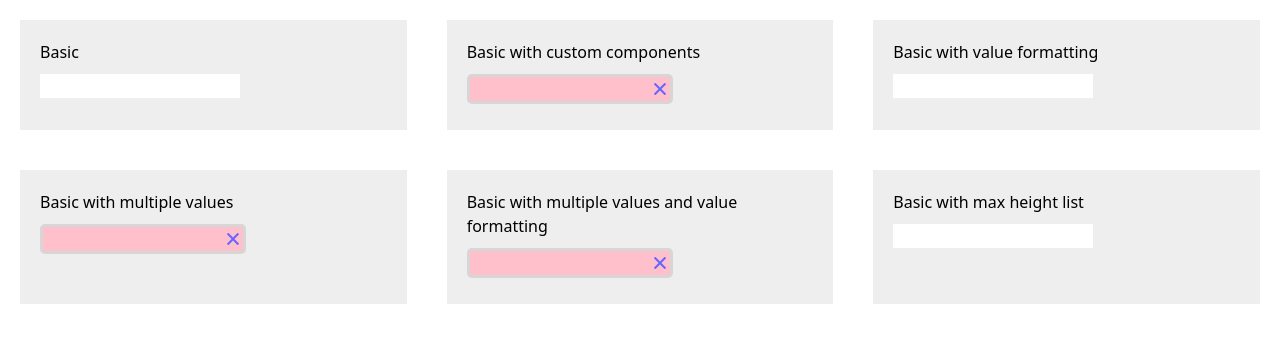
Repository: Frexity/frx-react
Page: / (app in ui/react-select/)
These files come from the project's save history. The page is drawn as it stood at one moment and after the next save; the edit follows.
The browser window is 1280 px wide. The pictures show the whole page.
Some web libraries are served in a nearby version. The project was rebuilt for these pictures with package versions that can differ from the ones it lists, and the page was loaded fresh each time. Also part of the build but not shown: ui/react-select/vite.config.ts, ui/react-select/src/CustomSelectComponents/ListLoadingIndicator.tsx, ui/react-select/src/dummy-components/ControlLoadingIndicator.tsx, ui/react-select/src/dummy-components/ListLoadingIndicator.tsx.

Above is the page before, as saved 2022-08-21 01:27:17.

### ui/react-select/index.html
<!DOCTYPE html>
<html lang="en">
  <head>
    <meta charset="UTF-8" />
    <link rel="icon" type="image/svg+xml" href="/vite.svg" />
    <meta name="viewport" content="width=device-width, initial-scale=1.0" />
    <title>React Select</title>
    <script src="https://cdn.tailwindcss.com/3.1.8"></script>
  </head>
  <body>
    <div id="root"></div>
    <script type="module" src="/src/main.tsx"></script>
  </body>
</html>

### ui/react-select/src/App.tsx
import './styles.css'

import { ClearIndicator } from './CustomSelectComponents/ClearIndicator'
import { Control } from './CustomSelectComponents/Control'
import { ListLoadingIndicator } from './CustomSelectComponents/ListLoadingIndicator'
import { Option } from './CustomSelectComponents/Option'
import { dummyComponents } from './dummy-components'
import { Select } from './Select'
import { ValueContainer } from './CustomSelectComponents/ValueContainer'
// import { AsyncSelect } from './Select/Async'

const options = [
  { label: 'Option 1', value: '1' },
  { label: 'Option 2', value: '2' },
  { label: 'Option 3', value: '3' },
  { label: 'Option 4', value: '4' },
  { label: 'Option 5', value: '5' },
  { label: 'Option 6', value: '6' },
  { label: 'Option 7', value: '7' },
  { label: 'Option 8', value: '8' },
  { label: 'Option 9', value: '9' },
  { label: 'Option 10', value: '10' },
]

const customComponents = {
  Option,
  Control,
  ClearIndicator,
  ListLoadingIndicator,
  ValueContainer,
}

export default function App() {
  return (
    <div className="cards">
      <div className="card">
        <h3>Basic</h3>
        <Select options={options} components={dummyComponents} />
      </div>
      <div className="card">
        <h3>Basic with custom components</h3>
        <Select options={options} components={customComponents} />
      </div>
      <div className="card">
        <h3>Basic with value formatting</h3>
        <Select
          options={options}
          components={dummyComponents}
          selectedValueFormatter={(value) => {
            return value ? `This is value: ${value}` : null
          }}
        />
      </div>
      <div className="card">
        <h3>Basic with multiple values</h3>
        <Select options={options} components={customComponents} canSelectMultipleValues />
      </div>
      <div className="card">
        <h3>Basic with multiple values and value formatting</h3>
        <Select
          options={options}
          components={customComponents}
          canSelectMultipleValues
          selectedValueFormatter={(value) => {
            return value ? `This is value: ${value}` : null
          }}
        />
      </div>
      {/* <div className="card">
        <h3>TODO: Basic with initial value</h3>
        <Select options={options} components={customComponents} canSelectMultipleValues />
      </div> */}
      <div className="card">
        <h3>Basic with max height list</h3>
        <Select
          options={options}
          components={dummyComponents}
          optionsListProps={{
            maxHeight: 150,
          }}
        />
      </div>
      {/* <div className="card">
        <h3>Async</h3>
        <AsyncSelect
          options={options}
          components={dummyComponents}
          asyncOptions={{
            url: 'https://jsonplaceholder.typicode.com/albums',
            startPage: 0,
            perPage: 4,
            queryAttribute: 'page',
            labelAttribute: 'title',
            valueAttribute: 'id',
            loadOnMount: true,
          }}
        />
      </div> */}
      {/* <div className="card">
        <h3>TODO: Async with initial value</h3>
        <AsyncSelect
          options={options}
          components={dummyComponents}
          asyncOptions={{
            url: 'https://jsonplaceholder.typicode.com/albums',
            startPage: 0,
            perPage: 4,
            queryAttribute: 'page',
            labelAttribute: 'title',
            valueAttribute: 'id',
            loadOnMount: true,
          }}
        />
      </div> */}
    </div>
  )
}

### ui/react-select/src/styles.css
.dropdown {
  position: fixed;
  border: 1px solid red;
  display: none;
  z-index: 1;
  background: white;
}

input:focus + .dropdown {
  display: block;
}

.card {
  margin: 20px;
  padding: 20px;
  background-color: #eee;
  overflow: hidden;
  overflow-y: scroll;
}

h3 {
  margin-bottom: 10px;
}

.cards {
  display: grid;
  grid-template-columns: repeat(auto-fill, minmax(400px, 1fr));
}

### ui/react-select/src/CustomSelectComponents/ClearIndicator.tsx
import { memo } from 'react'
import { ClearIndicatorComponentProps } from '../Select/types'

export const ClearIndicator = memo(({ clearIndicatorContainerStyles, onClick }: ClearIndicatorComponentProps) => {
  return (
    <div style={clearIndicatorContainerStyles} onClick={onClick}>
      <svg viewBox="0 0 460.775 460.775" style={{ width: 12, height: 12 }}>
        <path
          fill="#66f"
          d="M285.08,230.397L456.218,59.27c6.076-6.077,6.076-15.911,0-21.986L423.511,4.565c-2.913-2.911-6.866-4.55-10.992-4.55  c-4.127,0-8.08,1.639-10.993,4.55l-171.138,171.14L59.25,4.565c-2.913-2.911-6.866-4.55-10.993-4.55  c-4.126,0-8.08,1.639-10.992,4.55L4.558,37.284c-6.077,6.075-6.077,15.909,0,21.986l171.138,171.128L4.575,401.505  c-6.074,6.077-6.074,15.911,0,21.986l32.709,32.719c2.911,2.911,6.865,4.55,10.992,4.55c4.127,0,8.08-1.639,10.994-4.55  l171.117-171.12l171.118,171.12c2.913,2.911,6.866,4.55,10.993,4.55c4.128,0,8.081-1.639,10.992-4.55l32.709-32.719  c6.074-6.075,6.074-15.909,0-21.986L285.08,230.397z"
        />
      </svg>
    </div>
  )
})

### ui/react-select/src/CustomSelectComponents/Control.tsx
import { ControlComponentProps } from '../Select/types'

export const Control = ({ controlStyles, children }: ControlComponentProps) => {
  return (
    <div
      style={{
        ...controlStyles,
        borderRadius: 5,
        padding: 3,
        backgroundColor: '#d6d6d6',
      }}
    >
      {children}
    </div>
  )
}

### ui/react-select/src/CustomSelectComponents/Option.tsx
import { memo } from 'react'
import { OptionComponentProps } from '../Select/types'

export const Option = memo(({ isSelected, label, onSelect }: OptionComponentProps) => {


  return (
    <li className="text-gray-900 cursor-pointer py-2 pl-3 pr-9 hover:bg-sky-300" onClick={onSelect}>
      <div className="flex items-center">
        <img
          src="https://images.unsplash.com/photo-1491528323818-fdd1faba62cc?ixlib=rb-1.2.1&ixid=eyJhcHBfaWQiOjEyMDd9&auto=format&fit=facearea&facepad=2&w=256&h=256&q=80"
          alt=""
          className="flex-shrink-0 h-6 w-6 rounded-full"
        />
        <span className={`${isSelected ? 'font-bold text-blue-700' : 'font-normal'} ml-3 block truncate`}>{label}</span>
      </div>
    </li>
  )
})

### ui/react-select/src/dummy-components/index.ts
import { Control } from './Control'
import { ClearIndicator } from './ClearIndicator'
import { ControlLoadingIndicator } from './ControlLoadingIndicator'
import { ListLoadingIndicator } from './ListLoadingIndicator'
import { Option } from './Option'
import { ValueContainer } from './ValueContainer'

export const dummyComponents = {
  Control,
  ClearIndicator,
  ControlLoadingIndicator,
  ListLoadingIndicator,
  Option,
  ValueContainer,
}

### ui/react-select/src/Select/index.tsx
import { InnerSelect } from './common'
import { SelectProvider } from './Context'
import { OutsideClickHandler } from './OutsideClickHandler'
import { SelectProps } from './types'

export const Select = ({
  selectedValueFormatter,
  options,
  components,
  optionsListProps,
  canSelectMultipleValues,
}: Omit<SelectProps, 'asyncOptions' | 'AsyncHandler'>) => {
  // const [o, setO] = useState(options);

  // Test setting options from outside the context/component
  /*
  useEffect(() => {
    setTimeout(() => {
      setO([{ label: "New", value: "x" }]);
    }, 2000);
  }, []);
  console.log({ o });
  */

  return (
    <SelectProvider value={{ options }}>
      <OutsideClickHandler>
        <InnerSelect
          selectedValueFormatter={selectedValueFormatter}
          components={components}
          optionsListProps={optionsListProps}
          canSelectMultipleValues={canSelectMultipleValues}
        />
      </OutsideClickHandler>
    </SelectProvider>
  )
}

### ui/react-select/src/CustomSelectComponents/ValueContainer.tsx
import { memo } from 'react'
import { ValueContainerComponentProps } from '../Select/types'

export const ValueContainer = memo(({ children }: ValueContainerComponentProps) => {
  return <div style={{ width: 200, backgroundColor: 'pink', minHeight: 24, padding: '5px 10px' }}>{children}</div>
})

### ui/react-select/src/dummy-components/Control.tsx
import { ControlComponentProps } from '../Select/types'

export const Control = ({ controlStyles, children }: ControlComponentProps) => {
  return <div style={controlStyles}>{children}</div>
}

### ui/react-select/src/dummy-components/ClearIndicator.tsx
import { memo } from 'react'
import { ClearIndicatorComponentProps } from '../Select/types'

export const ClearIndicator = memo(
  ({ clearIndicatorContainerStyles, onClick, selectedValues }: ClearIndicatorComponentProps) => {
    return (
      <div
        style={{ ...clearIndicatorContainerStyles, ...{ display: selectedValues ? 'initial' : 'none' } }}
        onClick={onClick}
      >
        X
      </div>
    )
  },
)

### ui/react-select/src/dummy-components/Option.tsx
import { memo } from 'react'
import { OptionComponentProps } from '../Select/types'

export const Option = memo(({ isSelected, label, onSelect }: OptionComponentProps) => {
  return (
    <div style={{ fontWeight: isSelected ? 'bold' : 'normal' }} onClick={onSelect}>
      {label}
    </div>
  )
})

### ui/react-select/src/dummy-components/ValueContainer.tsx
import { memo } from 'react'
import { ValueContainerComponentProps } from '../Select/types'

export const ValueContainer = memo(({ children }: ValueContainerComponentProps) => {
  return <div style={{ width: 200, backgroundColor: '#fff', minHeight: 24 }}>{children}</div>
})

### ui/react-select/src/Select/common.tsx
import { useContext } from 'react'
import { ClearIndicator } from './ClearIndicator'
import { SelectContext } from './Context'
import { Options } from './Options'
import { OptionsDropdown } from './OptionsDropdown'
import { OptionsList } from './OptionsList'
import { selectStyles } from './styles'
import { SelectProps } from './types'
import { ValueContainer } from './ValueContainer'

export const InnerSelect = ({
  selectedValueFormatter,
  components,
  optionsListProps,
  asyncOptions,
  AsyncHandler,
  canSelectMultipleValues,
}: Omit<SelectProps, 'options'>) => {
  const { state } = useContext<any>(SelectContext)

  return (
    <>
      <components.Control controlStyles={selectStyles.control}>
        <ValueContainer
          selectedValueFormatter={selectedValueFormatter}
          ValueContainerComponent={components.ValueContainer}
        />
        {components.ClearIndicator && <ClearIndicator ClearIndicatorComponent={components.ClearIndicator} />}
        {components.ControlLoadingIndicator && <components.ControlLoadingIndicator isVisible={state.isLoading} />}
      </components.Control>
      <OptionsDropdown>
        {components.ListLoadingIndicator && (
          <components.ListLoadingIndicator isVisible={state.isOpen && state.isLoading} />
        )}
        <OptionsList optionsListProps={optionsListProps} isAsync={!!asyncOptions}>
          <Options OptionComponent={components.Option} canSelectMultipleValues={canSelectMultipleValues} />
        </OptionsList>
      </OptionsDropdown>
      {AsyncHandler && <AsyncHandler asyncOptions={asyncOptions} />}
    </>
  )
}

### ui/react-select/src/Select/Context.tsx
import React, { useReducer, createContext, useId, useEffect, PropsWithChildren } from 'react'

function reducer(state: any, action: any) {
  return { ...state, ...action }
}

const SelectContext = createContext({}) as any

const SelectProvider = ({ children, value }: PropsWithChildren<{ value: any }>) => {
  const inputElementId = useId()
  const listElementId = useId()
  const dropdownElementId = useId()

  const initialState = {
    isOpen: false,
    hasReachedBottom: false,
    isLoading: false,
    inputElementId,
    dropdownElementId,
    listElementId,
    options: value.options,
    selectedValues: null,
  }
  const [state, dispatch] = useReducer(reducer, initialState)
  const store = React.useMemo(() => ({ state, dispatch }), [state])

  /*
  TODO:
  - Get scroll ref, to scrollToTop when it opens
  */

  // Update options when they come from the outside
  useEffect(() => {
    dispatch({ options: value.options })
  }, [value.options])

  return <SelectContext.Provider value={store}>{children}</SelectContext.Provider>
}

export { SelectContext, SelectProvider }

### ui/react-select/src/Select/OutsideClickHandler.tsx
import { memo, ReactNode, useContext, useEffect, useRef } from 'react'
import { SelectContext } from './Context'

interface OutsideClickHandlerProps {
  children: ReactNode
}

const useOutsideClick = (callback: any) => {
  const ref = useRef<any>()

  useEffect(() => {
    const handleClick = (event: MouseEvent) => {
      if (ref.current && !ref.current.contains(event.target)) {
        callback()
      }
    }

    document.addEventListener('mousedown', handleClick, true)

    return () => {
      document.removeEventListener('mousedown', handleClick, true)
    }
  }, [ref, callback])

  return ref
}

export const OutsideClickHandler = memo(({ children }: OutsideClickHandlerProps) => {
  const { dispatch } = useContext<any>(SelectContext)

  const ref = useOutsideClick(() => {
    dispatch({ isOpen: false })
  })

  return <span ref={ref}>{children}</span>
})

### ui/react-select/src/Select/ClearIndicator.tsx
import { ComponentType, useCallback, useContext } from 'react'
import { SelectContext } from './Context'

import { selectStyles } from './styles'
import { ClearIndicatorComponentProps } from './types'

interface ClearIndicatorProps {
  ClearIndicatorComponent: ComponentType<ClearIndicatorComponentProps>
}

export const ClearIndicator = ({ ClearIndicatorComponent }: ClearIndicatorProps) => {
  const { state, dispatch } = useContext<any>(SelectContext)

  const handleClick = useCallback(() => {
    dispatch({ selectedValues: null })
  }, [dispatch])

  return (
    <ClearIndicatorComponent
      onClick={handleClick}
      selectedValues={state.selectedValues}
      clearIndicatorContainerStyles={selectStyles.clearIndicator}
    />
  )
}

### ui/react-select/src/Select/Options.tsx
import { memo, useCallback, useContext } from 'react'
import { SelectContext } from './Context'
import { OptionType, SelectComponents } from './types'
import { toggleValue } from './utils'

interface InnerOptionsProps {
  OptionComponent: any
  onSelect: any
  options: any
  selectedValues: any
}

const InnerOptions = memo(({ selectedValues, options, onSelect, OptionComponent }: InnerOptionsProps) => {
  return (
    <>
      {options.map((option: OptionType) => {
        const isSelected = Array.isArray(selectedValues)
          ? selectedValues.includes(option.value)
          : selectedValues === option.value

        return (
          <OptionComponent
            key={option.value}
            label={option.label}
            value={option.value}
            isSelected={isSelected}
            onSelect={() => {
              onSelect(option.value)
            }}
          />
        )
      })}
    </>
  )
})

interface OptionsProps {
  OptionComponent: SelectComponents['Option']
  canSelectMultipleValues: boolean | undefined
}

export const Options = ({ OptionComponent, canSelectMultipleValues }: OptionsProps) => {
  const { state, dispatch } = useContext<any>(SelectContext)

  const onSelect = useCallback(
    (value: string) => {
      if (canSelectMultipleValues) {
        const newValues = toggleValue({ value, selectedValues: state.selectedValues })
        dispatch({ selectedValues: newValues, isOpen: false })
        return
      }
      dispatch({ selectedValues: value, isOpen: false })
    },
    [dispatch, state.selectedValues, canSelectMultipleValues],
  )

  return (
    <InnerOptions
      options={state.options}
      OptionComponent={OptionComponent}
      selectedValues={state.selectedValues}
      onSelect={onSelect}
    />
  )
}

### ui/react-select/src/Select/OptionsDropdown.tsx
import { SelectContext } from './Context'
import { ReactNode, useContext, useEffect } from 'react'

import { getScrollParent, normalizedHeight, setMenuPosition } from './utils'

interface OptionsDropdownProps {
  children: ReactNode
}

export const OptionsDropdown = ({ children }: OptionsDropdownProps) => {
  const { state } = useContext<any>(SelectContext)

  // TODO: Reposition on window resize
  useEffect(() => {
    // TODO: Get unique ID instead
    const dropdown = document.getElementById(state.dropdownElementId)
    if (!dropdown) {
      return
    }

    const input = document.getElementById(state.inputElementId)
    if (!input) {
      return
    }
    if (!state.isOpen) {
      dropdown.style.display = 'none'
      return
    }

    const parent = getScrollParent(input)

    const style = getComputedStyle(input)

    const borderTopWidth = parseInt(style.borderTopWidth, 10) || 0
    const borderLeftWidth = parseInt(style.borderLeftWidth, 10) || 0
    const borderBottomWidth = parseInt(style.borderBottomWidth, 10) || 0
    const inputHeight = normalizedHeight(input) + borderTopWidth + borderBottomWidth

    setMenuPosition(dropdown, input, inputHeight, borderLeftWidth)

    function scrollEventHandler(this: HTMLElement) {
      if (!dropdown) {
        return
      }
      setMenuPosition(dropdown, this, inputHeight, borderLeftWidth)
    }

    parent.addEventListener('scroll', scrollEventHandler.bind(input))

    dropdown.style.display = 'initial'
  }, [state.isOpen, state.inputElementId, state.dropdownElementId])

  return (
    <div className="dropdown" id={state.dropdownElementId}>
      {children}
    </div>
  )
}

### ui/react-select/src/Select/OptionsList.tsx
import { SelectContext } from './Context'
import { useContext, memo, useCallback, useEffect, PropsWithChildren } from 'react'
import { scrollIsAtBottom } from './utils'
import { SelectProps } from './types'

interface InnerOptionsListProps {
  isAsync: boolean
  optionsListProps: SelectProps['optionsListProps']
  onReachedBottom: (() => void) | undefined
  listElementId: string
}

const InnerOptionsList = memo(
  ({
    children,
    isAsync,
    optionsListProps,
    onReachedBottom,
    listElementId,
  }: PropsWithChildren<InnerOptionsListProps>) => {
    useEffect(() => {
      if (!isAsync) {
        return
      }
      const element = document.getElementById(listElementId)
      if (!element) {
        return
      }

      function checkIfAtBottom() {
        if (element && scrollIsAtBottom(element)) {
          onReachedBottom && onReachedBottom()
        }
      }
      element.addEventListener('scroll', checkIfAtBottom)

      return () => {
        element.removeEventListener('scroll', checkIfAtBottom)
      }
    }, [onReachedBottom, listElementId, isAsync])

    return (
      <div
        id={listElementId}
        style={{
          maxHeight: optionsListProps?.maxHeight || 'unset',
          overflowY: optionsListProps?.maxHeight ? 'scroll' : 'unset',
        }}
      >
        <ul>{children}</ul>
      </div>
    )
  },
)

interface OptionsListProps {
  isAsync: boolean
  optionsListProps: any
}

export const OptionsList = ({ children, optionsListProps, isAsync }: PropsWithChildren<OptionsListProps>) => {
  const { state, dispatch } = useContext<any>(SelectContext)

  const onReachedBottom = useCallback(() => {
    if (state.hasReachedBottom) {
      return
    }
    dispatch({ hasReachedBottom: true })
  }, [dispatch, state.hasReachedBottom])

  return (
    <InnerOptionsList
      isAsync={isAsync}
      optionsListProps={optionsListProps}
      onReachedBottom={isAsync ? onReachedBottom : undefined}
      listElementId={state.listElementId}
    >
      {children}
    </InnerOptionsList>
  )
}

### ui/react-select/src/Select/styles.ts
export const selectStyles = {
  clearIndicator: {
    position: 'absolute' as const,
    top: 0,
    right: 0,
    bottom: 0,
    display: 'flex',
    padding: '0 7px',
    justifyContent: 'center',
    alignItems: 'center',
    cursor: 'pointer',
  },
  control: {
    position: 'relative' as const,
    display: 'inline-block',
  },
}

### ui/react-select/src/Select/ValueContainer.tsx
import { memo, useCallback, useContext } from 'react'
import { SelectContext } from './Context'
import { SelectComponents, SelectProps } from './types'

interface ValueContainerProps {
  selectedValueFormatter: SelectProps['selectedValueFormatter']
  ValueContainerComponent: SelectComponents['ValueContainer']
}

export const ValueContainer = memo(({ selectedValueFormatter, ValueContainerComponent }: ValueContainerProps) => {
  const { state, dispatch } = useContext<any>(SelectContext)

  const onFocus = useCallback(() => {
    dispatch({ isOpen: true })
  }, [dispatch])

  const formattedValue = selectedValueFormatter
    ? Array.isArray(state.selectedValues)
      ? state.selectedValues.map(selectedValueFormatter)
      : selectedValueFormatter(state.selectedValues)
    : state.selectedValues

  return (
    <div id={state.inputElementId} onClick={onFocus}>
      <ValueContainerComponent>{formattedValue}</ValueContainerComponent>
    </div>
  )
})

### ui/react-select/src/Select/utils.ts
export function getScrollParent(element: HTMLElement) {
  let style = window.getComputedStyle(element)
  const excludeStaticParent = style.position === 'absolute'
  const overflowRegex = /(auto|scroll)/
  const documentElement = document.documentElement

  if (style.position === 'fixed') {
    return documentElement
  }

  // eslint-disable-next-line @typescript-eslint/ban-ts-comment
  // @ts-ignore
  for (let parent = element; (parent = parent.parentElement); ) {
    style = window.getComputedStyle(parent)
    if (excludeStaticParent && style.position === 'static') {
      continue
    }
    if (overflowRegex.test(style.overflow + style.overflowY + style.overflowX)) {
      return parent
    }
  }

  return documentElement
}

export function getScrollTop(el: HTMLElement) {
  if (isDocumentElement(el)) {
    return window.scrollY
  }
  return el.scrollTop
}

export function normalizedHeight(el: HTMLElement) {
  if (isDocumentElement(el)) {
    return window.innerHeight
  }

  return el.clientHeight
}

export function isDocumentElement(el: HTMLElement) {
  return [document.documentElement, document.body, window].indexOf(el) > -1
}

// https://github.com/JedWatson/react-select/blob/b0411ff46bc1ecf45d9bca4fb58fbce1e57f847c/packages/react-select/src/internal/useScrollCapture.js

export function setMenuPosition(dropdown: HTMLElement, element: HTMLElement, inputHeight: number, leftOffset: number) {
  // Done with JS instead of React, otherwise it will lag behind
  const offset = element.getBoundingClientRect()
  const top = offset.top
  const left = offset.left
  dropdown.style.top = `${top + inputHeight}px`
  dropdown.style.left = `${left + leftOffset}px`
}

export function scrollIsAtBottom(node: HTMLElement) {
  return node.scrollTop + node.offsetHeight === node.scrollHeight
}

export function sleep(ms: number) {
  return new Promise((resolve) => setTimeout(resolve, ms))
}

export function toggleValue({ value, selectedValues }: { value: string; selectedValues: string[] | null }) {
  const wrappedSelectedValues = selectedValues ? [...selectedValues] : []
  if (wrappedSelectedValues.includes(value)) {
    const newValues = wrappedSelectedValues.filter((v) => v !== value)
    return newValues.length === 0 ? null : newValues
  }
  return [...wrappedSelectedValues, value]
}

Loaded but not shown: ui/react-select/src/main.tsx (common file)

After the next save:
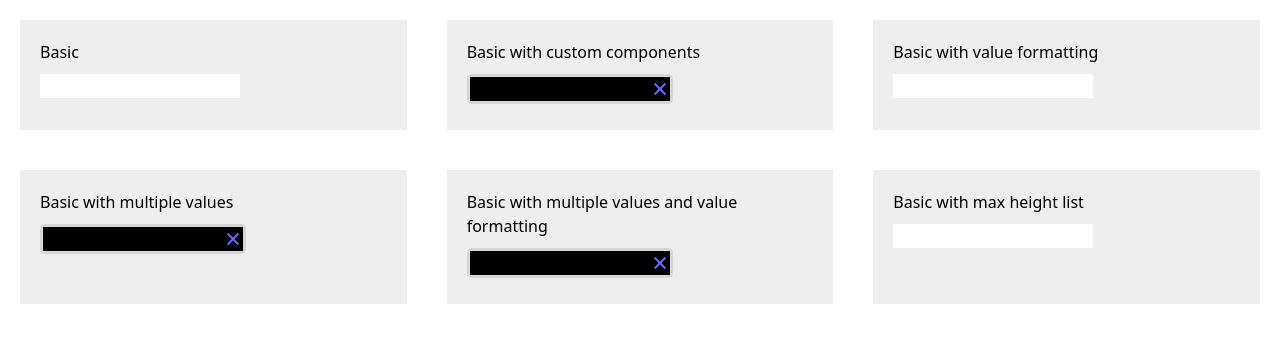
Saved 5 s later.
--- a/ui/react-select/src/CustomSelectComponents/ValueContainer.tsx
+++ b/ui/react-select/src/CustomSelectComponents/ValueContainer.tsx
@@ -2,5 +2,5 @@ import { memo } from 'react'
 import { ValueContainerComponentProps } from '../Select/types'
 
 export const ValueContainer = memo(({ children }: ValueContainerComponentProps) => {
-  return <div style={{ width: 200, backgroundColor: 'pink', minHeight: 24, padding: '5px 10px' }}>{children}</div>
+  return <div style={{ width: 200, backgroundColor: '#000', minHeight: 24, padding: '5px 10px' }}>{children}</div>
 })
